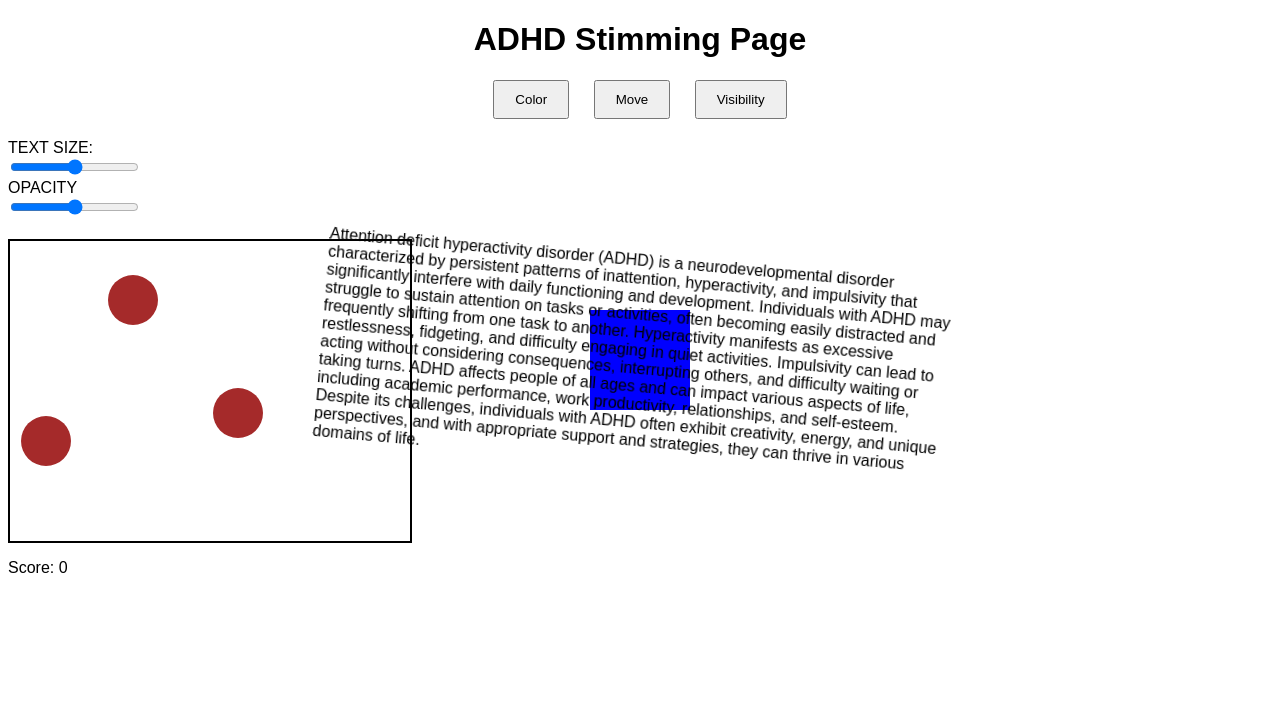
Repository: anderscederberg11/unhandledRuntimeError.json
Page: Henver/henver3.html
An editor plug-in stored every save of this project. The page is shown before and after the next save, followed by the edit.
The browser window is 1280 px wide. The pictures show the whole page.

Above is the page before, as saved 2024-05-24 19:22:45.

After the next save:
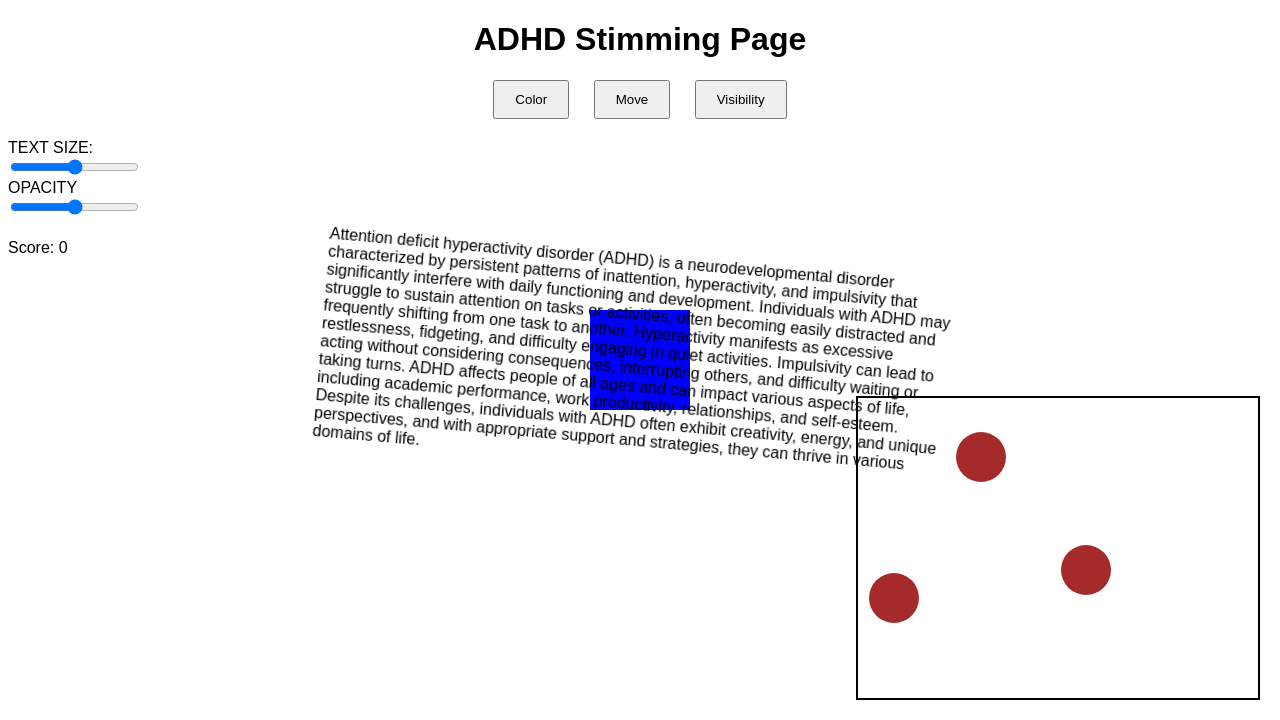
Saved 40 s later.
--- a/Henver/henver3.css
+++ b/Henver/henver3.css
@@ -42,7 +42,9 @@
   }
 
   .game-container {
-    position: relative;
+    position: fixed;
+    bottom: 20px;
+    right: 20px;
     width: 400px;
     height: 300px;
     border: 2px solid black;

After the save that followed:
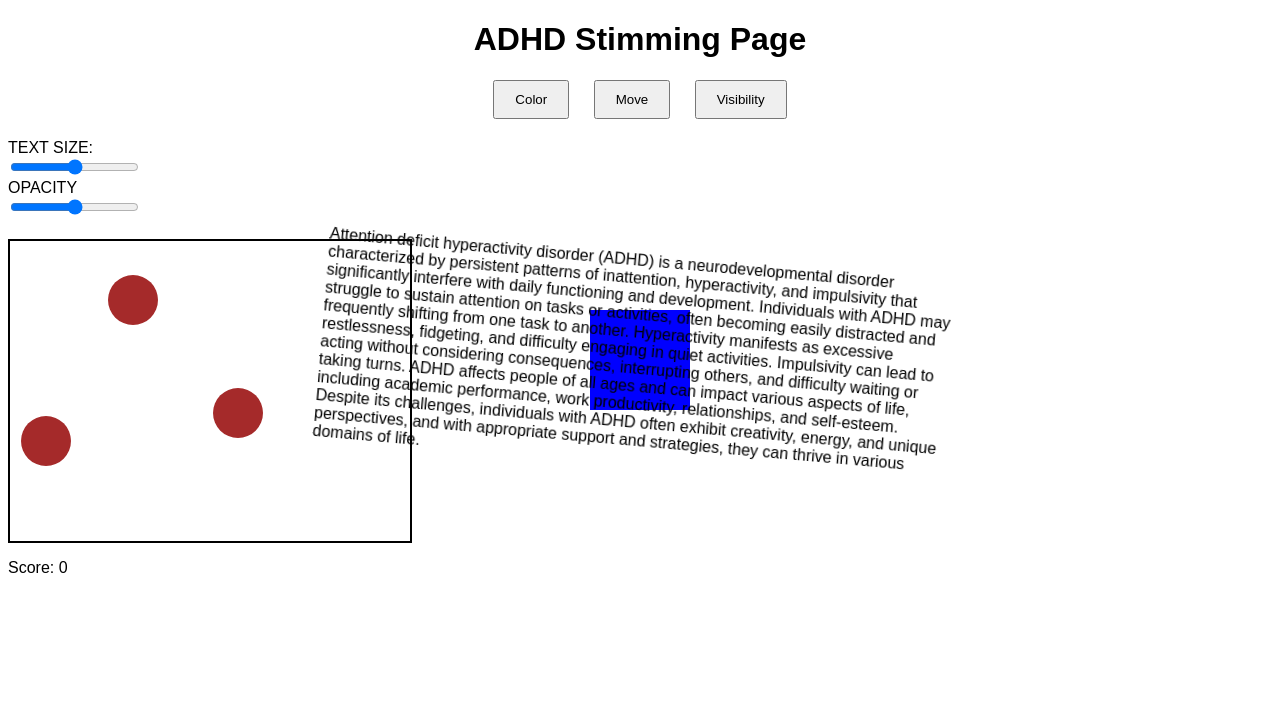
Saved 9 s later.
--- a/Henver/henver3.css
+++ b/Henver/henver3.css
@@ -42,9 +42,7 @@
   }
 
   .game-container {
-    position: fixed;
-    bottom: 20px;
-    right: 20px;
+    position: relative;
     width: 400px;
     height: 300px;
     border: 2px solid black;
